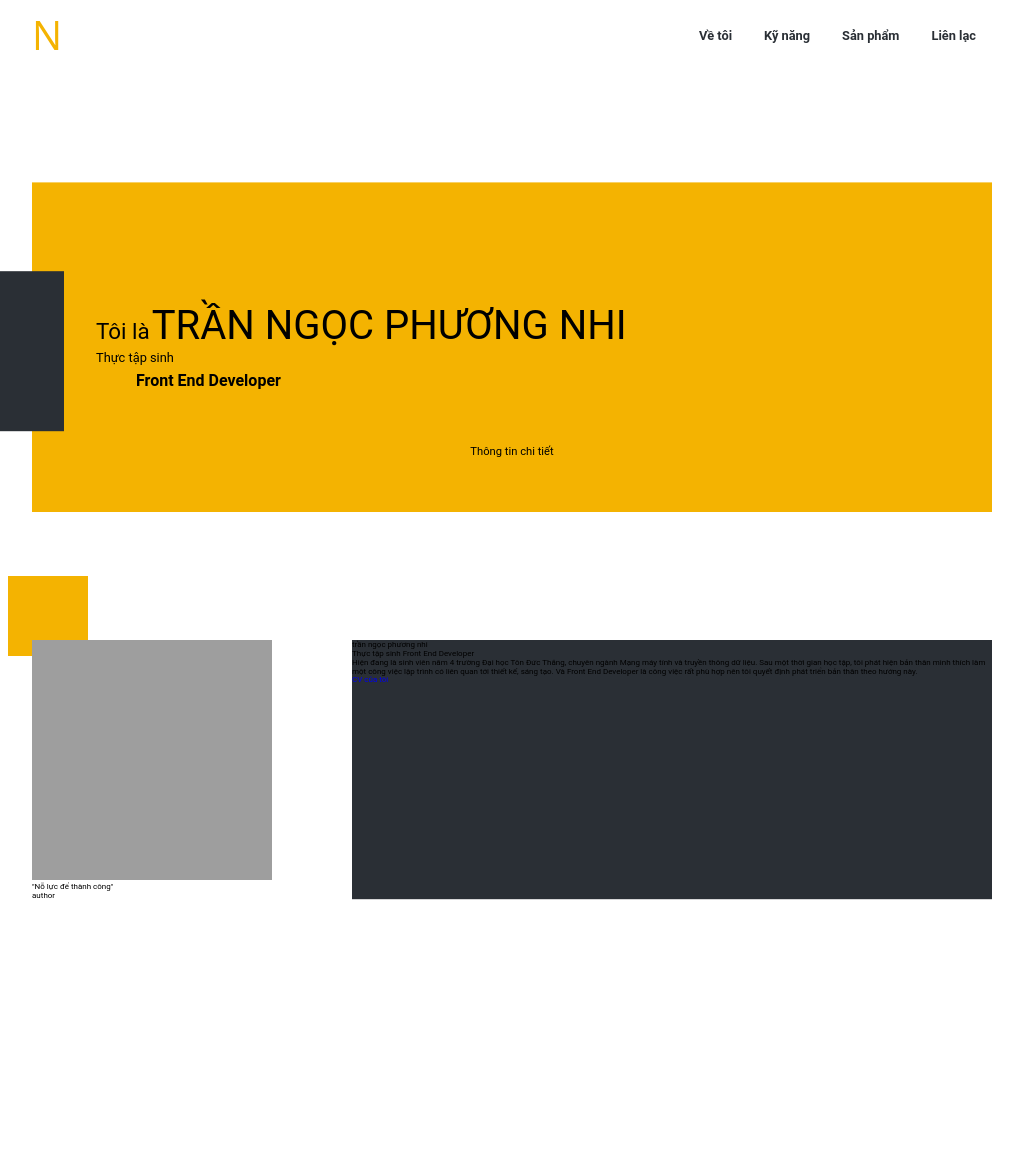
Repository: TranNgocPhuongNhi/my-portfolio
Page: index.html
These files come from the project's save history. The page is drawn as it stood at one moment and after the next save; the edit follows.
The browser window is 1280 px wide. The pictures show the whole page, at 80% of full size.
Pictures or frames that could not be fetched are drawn as grey boxes. Some icons come from a web library that is not loaded, so they are not drawn. Some web libraries are served in a nearby version.

Above is the page before, as saved 2021-07-04 16:03:02.

After the next save:
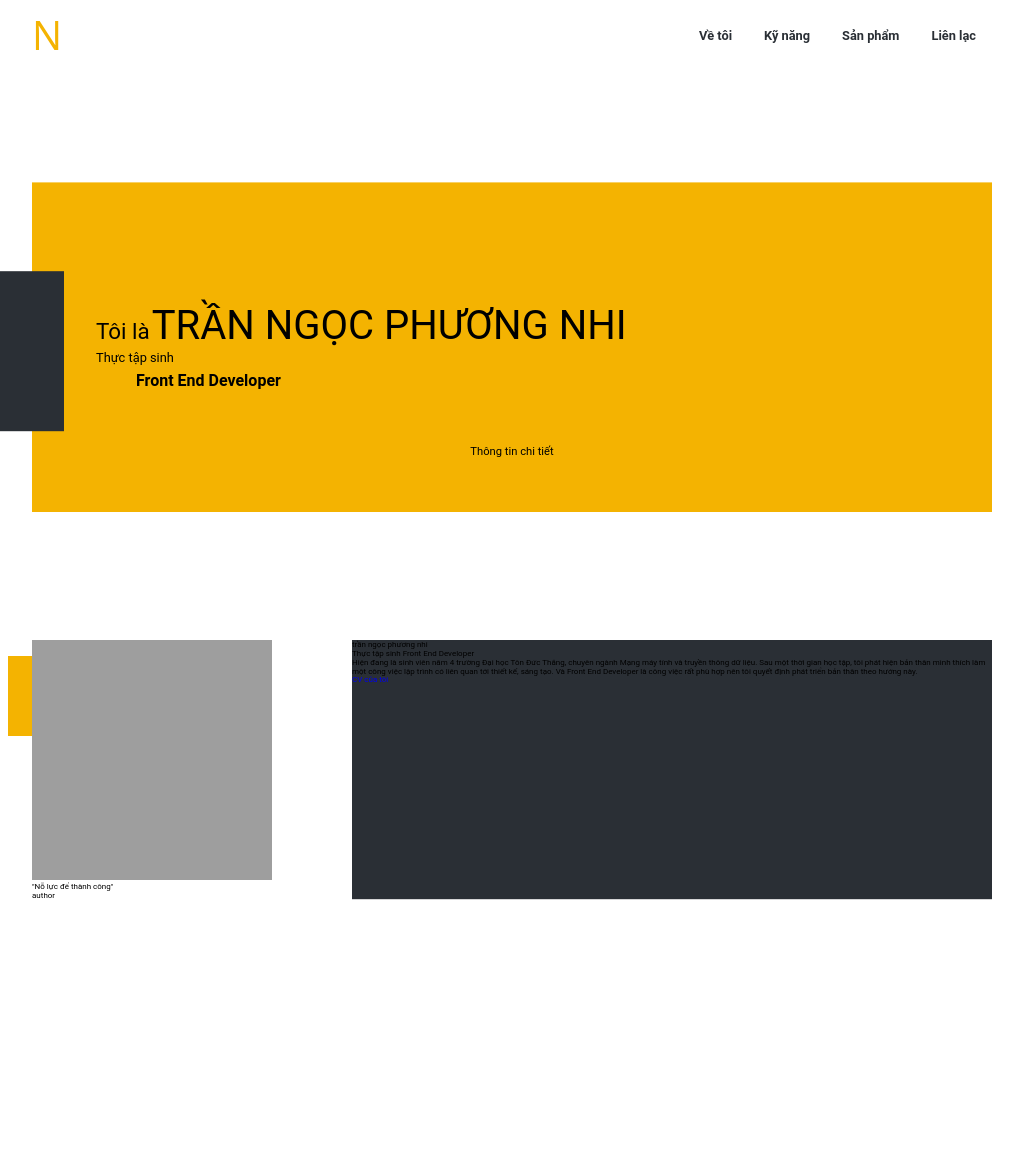
Saved 16 s later.
--- a/resources/css/main.css
+++ b/resources/css/main.css
@@ -179,7 +179,7 @@ a {
     height: 10rem;
     background-color: var(--primary1);
     position: absolute;
-    top: 0;
+    top: 10rem;
     left: -3rem;
     z-index: -1;
 }
